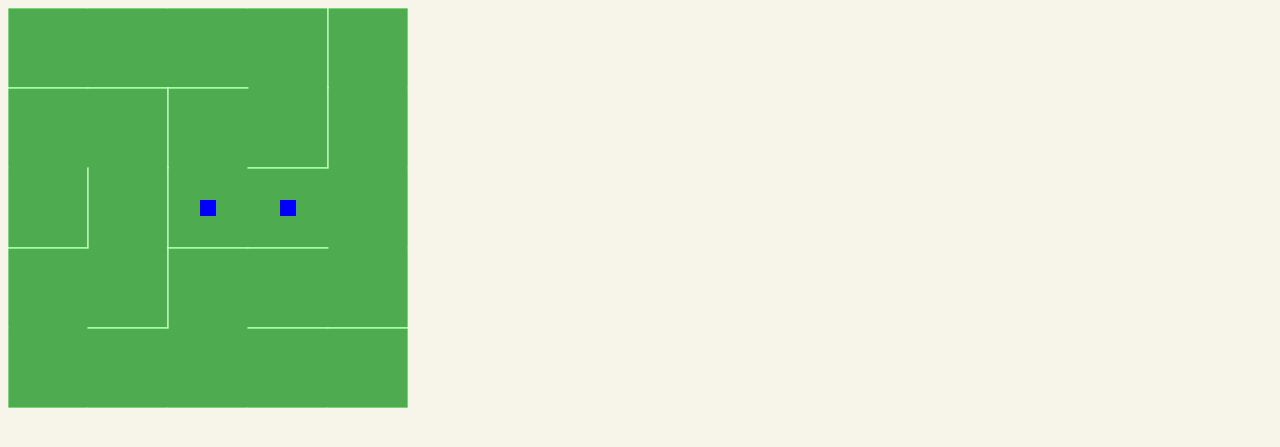
Repository: animarcus/maze-generator
Page: index.html
An editor plug-in stored every save of this project. The page is shown before and after the next save, followed by the edit.
The browser window is 1280 px wide. The pictures show the whole page.
Some web libraries are served in a nearby version.

Above is the page before, as saved 2020-09-12 20:04:19.

### index.html
<!DOCTYPE html>
<html lang="en">
<head>
  <link rel="apple-touch-icon" sizes="180x180" href="/icons/apple-touch-icon.png">
  <link rel="icon" type="image/png" sizes="32x32" href="/icons/favicon-32x32.png">
  <link rel="icon" type="image/png" sizes="16x16" href="/icons/favicon-16x16.png">
  <link rel="manifest" href="/icons/site.webmanifest">
  <link rel="mask-icon" href="/icons/safari-pinned-tab.svg" color="#5bbad5">
  <link rel="shortcut icon" href="/icons/favicon.ico">
  <meta name="msapplication-TileColor" content="#da532c">
  <meta name="msapplication-config" content="/icons/browserconfig.xml">
  <meta name="theme-color" content="#ffffff">

  <script type="text/javascript" src="https://cdn.jsdelivr.net/npm/p5@1.1.4/lib/p5.min.js"></script>
  <script src="js/cell.js"></script>
  <script src="js/sketch.js"></script>
  <script src="js/solver.js"></script>


  <link rel="stylesheet" href="css/style.css">
  <meta charset="UTF-8">
  <meta name="viewport" content="width=device-width, initial-scale=1.0, maximum-scale=1.0, user-scalable=0">
  <title>Maze Generator</title>
</head>
<body>
</body>
</html>

### js/cell.js
class Cell {
  constructor(i, j) {
    this.i = i;
    this.j = j;
    this.walls = [true,true,true,true];
    this.visited = false;
  }
  checkNeighbors() {
    let neighbors = [];
    // console.log(index(i+1  , j   ));
    let top     = grid[index(this.i    , this.j-1 )];
    let right   = grid[index(this.i+1  , this.j   )];
    let bottom  = grid[index(this.i    , this.j +1)];
    let left    = grid[index(this.i-1  , this.j   )];
    if (top && !top.visited) {
      neighbors.push(top);
    }
    if (right && !right.visited) {
      neighbors.push(right);
    }
    if (bottom && !bottom.visited) {
      neighbors.push(bottom);
    }
    if (left && !left.visited) {
      neighbors.push(left);
    }
    if (neighbors.length > 0) {
      let r = floor(Math.random() * neighbors.length);
      return neighbors[r];
    } else {
      return undefined;
    }
  }
  highlight() {
    let x = this.i * w;
    let y = this.j * w;
    fill(150, 0, 0, 255);
    noStroke();
    rect(x, y, w, w);
  }
  show() {
    let x = this.i*w;
    let y = this.j*w;
    stroke(255);
    if (this.walls[0]) {
      line(x,y,x+w,y);
    }
    if (this.walls[1]) {
      line(x+w,y,x+w,y+w);
    }
    if (this.walls[2]) {
      line(x+w,y+w,x,y+w);
    }
    if (this.walls[3]) {
      line(x,y+w,x,y);
    }
    if (this.visited) {
      noStroke();
      fill(100, 255, 100, 150);
      rect(x, y, w, w);
    }
  }
}

### js/sketch.js



let cols, rows;
let w = 80;
let grid = [];
let current;
let stack = [new Cell(0, 0)];

let generated;
let solveOK;

let exitPoint;

let solvedPath = [];

function setup() {
  createCanvas(400,400);
  cols = floor(width/w);
  rows = floor(width/w);
  console.log(rows, cols);
  exitPoint = [rows-1,cols-1];

  // frameRate(7);

  generated = false;
  solveOK = false;

  for (let j = 0; j < rows; j++) {
    for (let i = 0; i < cols; i++) {
      let cell = new Cell(i,j);
      grid.push(cell);
    }
  }
  current = grid[0];
}

function draw() {
  background(51);
  for (let i = 0; i < grid.length; i++) {
    grid[i].show();
  }
  solvedPath.forEach(maze.drawSolvedPath);

  if (!generated) {
    maze.generateMaze();
  } else if (solveOK) {
    if (solver.i !== exitPoint[0] && solver.j !== exitPoint[1]) {
      maze.solveMaze();
    }
  }
}


let maze = {
  generateMaze : function() {
    current.visited = true;
    current.highlight();
    let next = current.checkNeighbors();
    // console.log(stack);
    if (next) {
      next.visited = true;
      //step 2
      stack.push(next);
      //step 3
      removeWalls(current, next);
      //step 4
      current = next;
    } else if (stack.length > 0) {
      current = stack.pop();
      if (stack.length == 0) {
        frameRate(3);
        solver = new Solver(2, 2);
        generated = true;

        solveOK = true;
      }
    }
  },
  solveMaze : function() {
    // grid[0].highlight();
    noStroke();
    fill(color("white"));
    rect(grid[0].i, grid[0].j, w/3, w);
    rect(grid[0].i, grid[0].j, w, w/3);
    fill(color("black"));
    rect(grid[grid.length-1].i*w + w, grid[grid.length-1].j*w + w, -w/3, -w);
    rect(grid[grid.length-1].i*w + w, grid[grid.length-1].j*w + w, -w, -w/3);

    fill(color("red"));
    // rect(solver.i+w/10,solver.j+w/10,w-w/5,w-w/5);
    solver.draw();
    solver.move();
  },
  drawSolvedPath : function(coords, index) {
    let x = coords.i;
    let y = coords.j;
    console.log(" ");
    console.log(x, y);
    fill(color("blue"));
    rect(x + w/2 - w/10, y + w/2-w/10, w/5, w/5);
  }
};


function index(i, j) {
  if (i < 0 || j < 0 || i > cols-1 || j > rows-1) {
    return -1;
  }
  return i + j * cols;
}


function removeWalls(a, b) {
  let x = a.i - b.i;
  if (x === 1) {
    a.walls[3] = false;
    b.walls[1] = false;
  } else if (x == -1) {
    a.walls[1] = false;
    b.walls[3] = false;
  }

  let y = a.j - b.j;
  if (y === 1) {
    a.walls[0] = false;
    b.walls[2] = false;
  } else if (y === -1) {
    a.walls[2] = false;
    b.walls[0] = false;
  }

}

### js/solver.js
let facing;
class Solver {
  constructor(x, y) {
    this.i = x;
    this.j = y;
    this.direction = 1; // up-right-down-left
  }
  draw() {
    this.current = grid[index(this.i, this.j)];

    fill(color("red"));
    // this.direction = Math.abs(this.direction);
    let x = this.i*w;
    let y = this.j*w;
    if (this.direction % 4 === 0) {
      this.facing = grid[index(this.i, this.j-1)];
      rect(x + w/2-w/8, y + w/2, w/4, -w/2);
    } else if (this.direction % 4 === 1) {
      rect(x + w/2, y + w/2-w/8, w/2, w/4);
      this.facing = grid[index(this.i+1, this.j)];
    } else if (this.direction % 4 === 2) {
      rect(x + w/2-w/8, y + w/2, w/4, w/2);
      this.facing = grid[index(this.i, this.j+1)];
    } else if (this.direction % 4 === 3) {
      rect(x + w/2, y + w/2-w/8, -w/2, w/4);
      this.facing = grid[index(this.i-1, this.j)];
    }
  }
  move() {
    solvedPath.push({"i" : this.i*w, "j" : this.j*w});
    // console.log(" ");
    if (this.current.walls[solveDirection(this.direction)] ||
        (this.facing.i === undefined || this.facing.j === undefined)) {//iswallfront
      // console.log("wall in front"); // wall in front

      if (this.current.walls[solveDirection(this.direction + 1)]) {//iswallright
        // console.log("wall on right", solveDirection(this.direction -1)); // wall on right
        if (this.current.walls[solveDirection(this.direction - 1)]) { //iswallleft
          // console.log("wall on left");
          this.direction += 1;//turn right
        } else {
          this.direction -= 1;//turn left
        }

      } else { //turn right
        this.direction += 1;
      }
    } else {//nowallfront
      this.i = this.facing.i;
      this.j = this.facing.j;
      this.current = grid[index(this.i, this.j)];
      if (!this.current.walls[solveDirection(this.direction + 1)]) {
        this.direction += 1;
      }
    }
    // up wall check : this.current.walls[0] && this.facing.walls[2]
    // right wall check : this.current.walls[1] && this.facing.walls[3]
    // down wall check : this.current.walls[2] && this.facing.walls[0]
    // left wall check : this.current.walls[3] && this.facing.walls[1]
  }
}


function solveDirection(dir) {
  if (dir < 0) {
    dir += 4;
  }
  if (dir % 4 === 0) {
    dir = 0;
  } else if (dir % 4 === 1) {
    dir = 1;
  } else if (dir % 4 === 2) {
    dir = 2;
  } else if (dir % 4 === 3) {
    dir = 3;
  }
  return dir;
}

### css/style.css
* {
  cursor: default;
  /* -webkit-touch-callout: none;
  -webkit-user-select: none;
  -khtml-user-select: none;
  -moz-user-select: none;
  -ms-user-select: none;
  user-select: none; */
}
body {
  background: #f7f4ea;
  height: 100%;
  overflow-y: hidden;
  overflow-x: hidden;
  /* border-radius: 50%; */
}

/* p {
  position: absolute;
  top:50%;
  left:50%;
  transform: translate(-50%,-50%);
} */

After the next save:
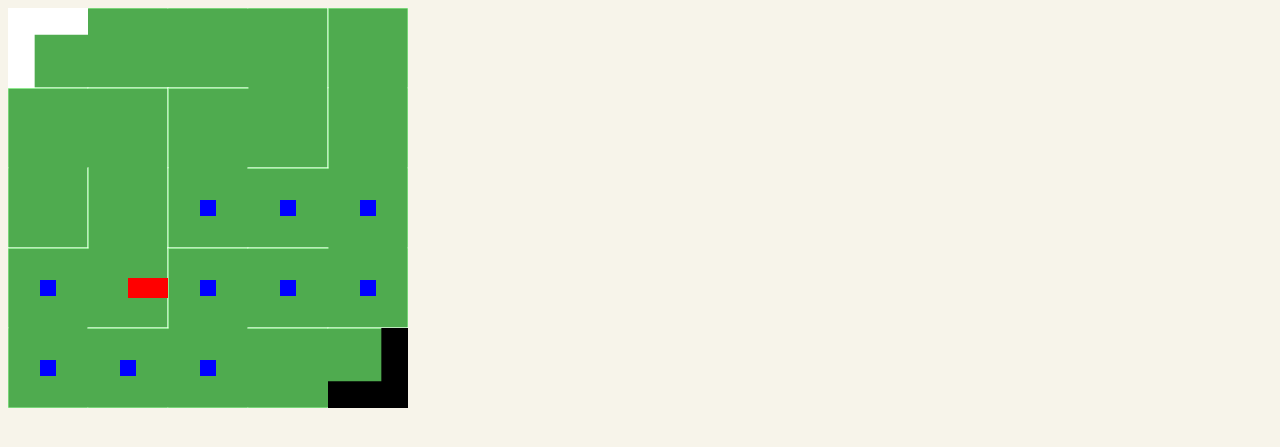
Saved 9 s later.
--- a/js/sketch.js
+++ b/js/sketch.js
@@ -45,7 +45,10 @@ function draw() {
   if (!generated) {
     maze.generateMaze();
   } else if (solveOK) {
-    if (solver.i !== exitPoint[0] && solver.j !== exitPoint[1]) {
+    if (solver.i === exitPoint[0] && solver.j === exitPoint[1]) {
+      solver.i = 0;
+      solver.j = 0;
+    } else {
       maze.solveMaze();
     }
   }
